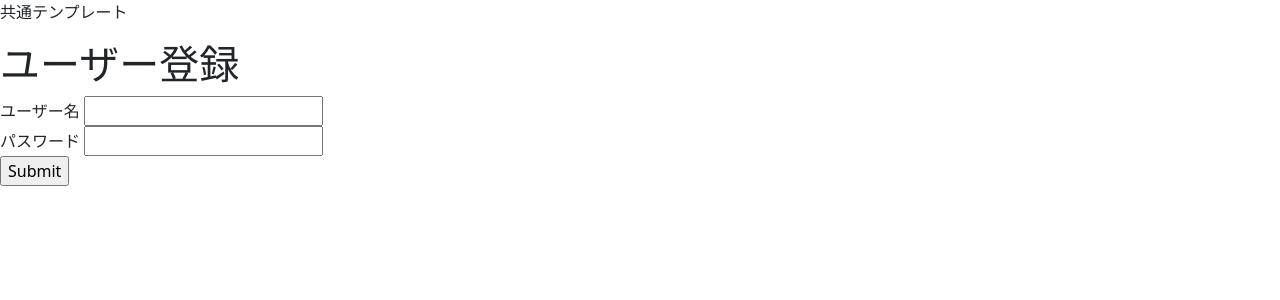
Repository: tt-nk/form-app
Page: http://localhost/signup
The author's editor kept a copy of each file at every save. The page is drawn from the files as they stood at one save, then again after the next save.
The browser window is 1280 px wide. The pictures show the whole page.
The page is served by the project's application, run on Flask 3 (app.py).

Above is the page before, as saved 2021-12-14 14:38:14.

After the next save:
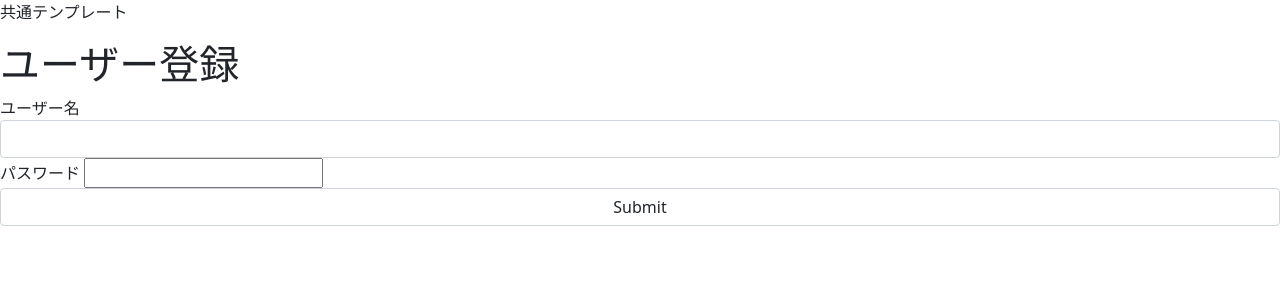
Saved 69 s later.
--- a/templates/signup.html
+++ b/templates/signup.html
@@ -2,12 +2,14 @@
 {% block content %}
 <h1>ユーザー登録</h1>
 <form method='POST'>
-    <label for="">ユーザー名</label>
-    <input type="text" name="username">
-    <br>
-    <label for="">パスワード</label>
-    <input type="password" name="password">
-    <br>
-    <input type="submit" name="新規登録">
+    <div class="form-group">
+        <label for="">ユーザー名</label>
+        <input type="text" name="username" class="form-control">
+    </div>
+    <div class="form-group">
+        <label for="">パスワード</label>
+        <input type="password" name="password">
+    </div>
+    <input type="submit" name="Login" class="form-control">
 </form>
 {% endblock %}
